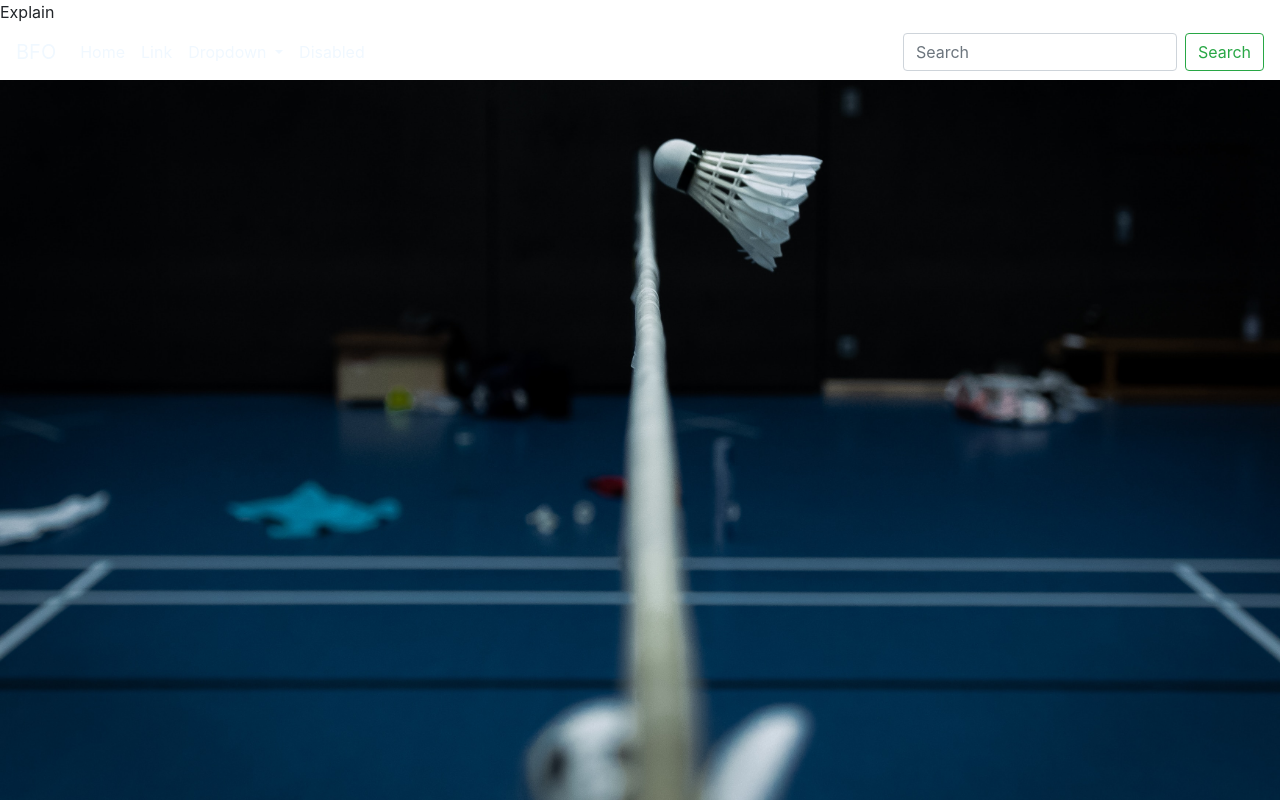
Repository: tsthuy/Badminton
Page: index.html
These files come from the project's save history. The page is drawn as it stood at one moment and after the next save; the edit follows.
The browser window is 1280 px wide. The pictures show the whole page.
Some web libraries are served in a nearby version.

Above is the page before, as saved 2023-10-12 21:53:22.

### index.html
<!DOCTYPE html>
<html lang="en">
<head>
    <meta charset="UTF-8">
    <meta name="viewport" content="width=device-width, initial-scale=1.0">
    <link rel="stylesheet" href="https://cdn.jsdelivr.net/npm/bootstrap@4.0.0/dist/css/bootstrap.min.css" integrity="sha384-Gn5384xqQ1aoWXA+058RXPxPg6fy4IWvTNh0E263XmFcJlSAwiGgFAW/dAiS6JXm" crossorigin="anonymous">
    <link rel="stylesheet" href="main.css">

    <title>Badminton</title>
</head>
<body>
    Explain
<nav class="navbar navbar-expand-lg navbar-light bg-light " style="background-color: transparent !important;
">
  <a style="color: aliceblue;" class="navbar-brand" href="#">BFO</a>
  <button class="navbar-toggler" type="button" data-toggle="collapse" data-target="#navbarSupportedContent" aria-controls="navbarSupportedContent" aria-expanded="false" aria-label="Toggle navigation">
    <span class="navbar-toggler-icon"></span>
  </button>

  <div class="collapse navbar-collapse" id="navbarSupportedContent">
    <ul class="navbar-nav mr-auto">
      <li class="nav-item active">
        <a style="color: aliceblue;" class="nav-link" href="#">Home <span class="sr-only">(current)</span></a>
      </li>
      <li class="nav-item">
        <a style="color: aliceblue;" class="nav-link" href="#">Link</a>
      </li>
      <li class="nav-item dropdown">
        <a style="color: aliceblue;" class="nav-link dropdown-toggle" href="#" id="navbarDropdown" role="button" data-toggle="dropdown" aria-haspopup="true" aria-expanded="false">
          Dropdown
        </a>
        <div style="color: aliceblue;" class="dropdown-menu" aria-labelledby="navbarDropdown">
          <a class="dropdown-item" href="#">Action</a>
          <a class="dropdown-item" href="#">Another action</a>
          <div class="dropdown-divider"></div>
          <a class="dropdown-item" href="#">Something else here</a>
        </div>
      </li>
      <li class="nav-item">
        <a style="color: aliceblue;" class="nav-link disabled" href="#">Disabled</a>
      </li>
    </ul>
    <form class="form-inline my-2 my-lg-0">
      <input class="form-control mr-sm-2" type="search" placeholder="Search" aria-label="Search">
      <button class="btn btn-outline-success my-2 my-sm-0" type="submit">Search</button>
    </form>
  </div>
</nav>
   <div class="background_cover">

    <img class="bg_img" src="./Image/stephan-rothe-VePgmkq3hHI-unsplash.jpg" alt="" style="object-fit: cover; height: 100vh; width: 100%;">
   </div>

</body>

<script src="https://code.jquery.com/jquery-3.2.1.slim.min.js" integrity="sha384-KJ3o2DKtIkvYIK3UENzmM7KCkRr/rE9/Qpg6aAZGJwFDMVNA/GpGFF93hXpG5KkN" crossorigin="anonymous"></script>
<script src="https://cdn.jsdelivr.net/npm/popper.js@1.12.9/dist/umd/popper.min.js" integrity="sha384-ApNbgh9B+Y1QKtv3Rn7W3mgPxhU9K/ScQsAP7hUibX39j7fakFPskvXusvfa0b4Q" crossorigin="anonymous"></script>
<script src="https://cdn.jsdelivr.net/npm/bootstrap@4.0.0/dist/js/bootstrap.min.js" integrity="sha384-JZR6Spejh4U02d8jOt6vLEHfe/JQGiRRSQQxSfFWpi1MquVdAyjUar5+76PVCmYl" crossorigin="anonymous"></script>
    </script>
</html>

Loaded but not shown: main.css (no stored copy; drawn as an empty file)

After the next save:
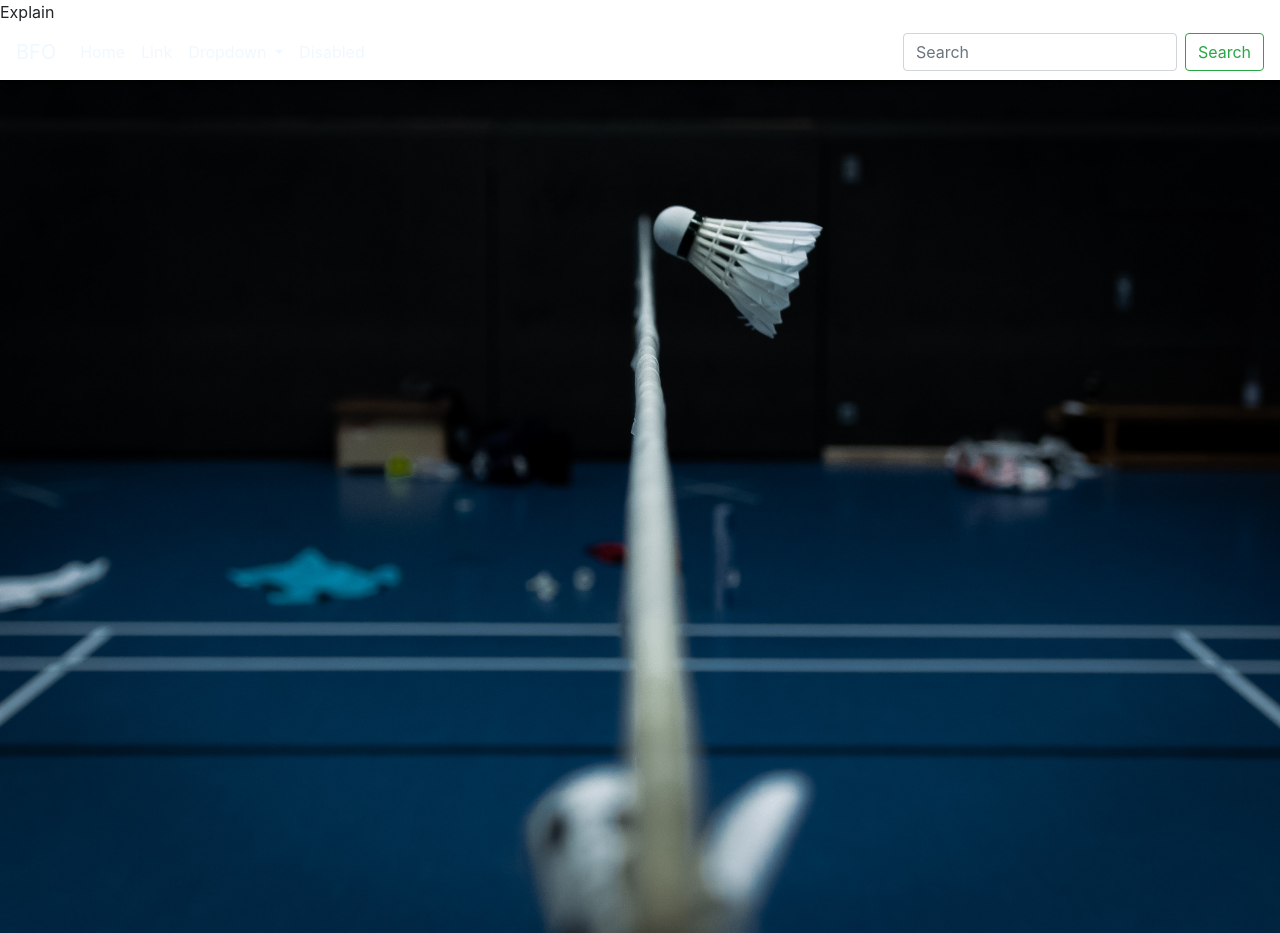
Saved 18 s later.
--- a/index.html
+++ b/index.html
@@ -48,7 +48,7 @@
 </nav>
    <div class="background_cover">
 
-    <img class="bg_img" src="./Image/stephan-rothe-VePgmkq3hHI-unsplash.jpg" alt="" style="object-fit: cover; height: 100vh; width: 100%;">
+    <img class="bg_img" src="./Image/stephan-rothe-VePgmkq3hHI-unsplash.jpg" alt="" style="object-fit: cover; width: 100%;">
    </div>
 
 </body>
